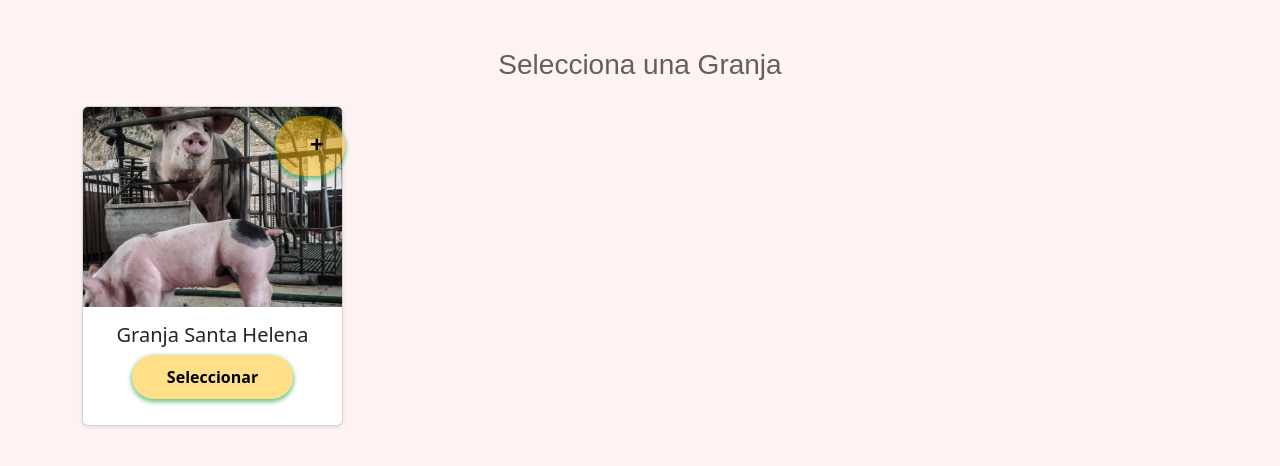
Repository: Mateojimenezz/Granja-Santa-Helena
Page: seleccionarGranja.html
These files come from the project's save history. The page is drawn as it stood at one moment and after a run of saves; the edit follows.
The browser window is 1280 px wide. The pictures show the whole page.
Some web fonts or font styles are not loaded; a fallback is used.

Above is the page before, as saved 2025-05-13 11:02:46.

### seleccionarGranja.html
<!DOCTYPE html>
<html lang="es">
<head>
    <meta charset="UTF-8">
    <meta name="viewport" content="width=device-width, initial-scale=1.0">
    <title>La Granja</title>
    <link href="https://cdn.jsdelivr.net/npm/bootstrap@5.3.3/dist/css/bootstrap.min.css" rel="stylesheet" integrity="sha384-QWTKZyjpPEjISv5WaRU9OFeRpok6YctnYmDr5pNlyT2bRjXh0JMhjY6hW+ALEwIH" crossorigin="anonymous">

    <link rel="stylesheet" href="./assets/css/seleccionarGranja.css">
    <link rel="stylesheet" href="https://cdn.jsdelivr.net/npm/bootstrap-icons@1.11.3/font/bootstrap-icons.min.css">
    <link href="https://fonts.googleapis.com/css2?family=Calistoga&display=swap" rel="stylesheet">

  </head>
<body>
    <div class="container mt-5">
        <h3 class="text-center mb-4">Selecciona una Granja</h3>

        <div class="row g-4" id="granjas-list">
            <!-- Primera granja fija -->
            <div class="col-md-3 " id="granjas-container">
                   <a href="agregarGranja.html" id="agregar-granja" class="btn btn-form"> + </a>
                <div class="card shadow-sm">
                    <img src="./assets/img/granja2.jpg" class="card-img-top" alt="Santa Helena">
                    <div class="card-body text-center">
                        <h5 class="card-title">Granja Santa Helena</h5>
                        <button class="btn btn-form" onclick="seleccionarGranja('Santa Helena')">Seleccionar</button>
                    </div>
                </div>
            </div>

            <!-- Aquí se agregarán las granjas dinámicamente -->
        </div>

        <!-- Botón para ir a la página de agregar nueva granja -->
        <div class="text-center mt-4">

        </div>
    </div>






  <!-- bootstrap JS -->
  <script src="https://cdn.jsdelivr.net/npm/bootstrap@5.3.3/dist/js/bootstrap.bundle.min.js" integrity="sha384-YvpcrYf0tY3lHB60NNkmXc5s9fDVZLESaAA55NDzOxhy9GkcIdslK1eN7N6jIeHz" crossorigin="anonymous"></script>
  <script src="./assets/js/seleccionarGranja.js"></script>




</body>

</html>

### assets/css/seleccionarGranja.css

@import "./variables.css";
body{
    background-color: var( --color-FondoDiv2);
}
.container h3 {
    text-align: center;
    margin-bottom: 20px;
    color: var(--color-TextoMenuLateral);
    font-family: var(--font-principal);
}
.granja-card {
    width: 150px;
    margin: 10px;
    padding: 10px;
    border: 1px solid #ccc;
    border-radius: 8px;
    text-align: center;
    box-shadow: 2px 2px 10px rgba(0,0,0,0.2);
}



.granja-card button {
    margin-top: 10px;
    background-color: #007bff;
    color: white;
    border: none;
    padding: 5px 10px;
    cursor: pointer;
    border-radius: 5px;
}
.card-img-top {
    width: 100%;
    height: 200px; /* Ajusta según el diseño */
    object-fit: cover; /* Recorta la imagen para que se ajuste sin deformarse */

}
.btn-form{
    background-color: var(  --color-Botones);
    padding: 10px 35px;
    margin-bottom: 10px;
    border: none;
    border-radius: 30px;
    color: black;
    font-weight: bold;
    box-shadow: 0 2px 4px 1px  rgba(25, 157, 60, 0.6) /* Sombra verde */

  }
  .btn-form:hover {
    background-color: #f4cf50; /* Tonalidad más oscura */
    color: black;
  }
  .btn-form:active {
    background-color:var(--color-principal)!important;
    color: white !important;
    box-shadow: none !important;
  }

#granjas-container {
    display: flex;
    flex-wrap: wrap; /* Permite que las tarjetas se acomoden en varias filas */
    justify-content: flex-start; /* Las tarjetas se alinean desde la izquierda */
    align-items: flex-start; /* Mantiene el alineado superior */
    position: relative;
    gap: 15px; /* Espaciado entre tarjetas */
}

/* 🔥 Ubicación fija del botón + en la esquina superior derecha */
#agregar-granja {
    position: absolute;
    top: 10px;
    right: 10px;
    z-index: 10; /* Asegura que el botón esté visible */
    width: 60px;
    height: 60px;
    font-size: 24px;
    text-align: center;
}

/* 🌟 Asegurar que las tarjetas tengan un tamaño uniforme */
.granja-card {
    flex: 1 1 auto; /* Permite que las tarjetas crezcan y se acomoden automáticamente */
}

### assets/js/seleccionarGranja.js
// ✅ Mostrar vista previa de imagen antes de guardarla
document.getElementById("imagen")?.addEventListener("change", function(event) {
    const file = event.target.files[0];
    const reader = new FileReader();

    reader.onload = function() {
        document.getElementById("preview").src = reader.result;
        document.getElementById("preview").style.display = "block";
    };

    if (file) {
        reader.readAsDataURL(file);
    }
});

// ✅ Guardar nueva granja y redirigir a `seleccionarGranja.html`
document.getElementById("form-granja")?.addEventListener("submit", function(event) {
    event.preventDefault();

    const nombreGranja = document.getElementById("nombre").value;
    const urlImagen = document.getElementById("preview").src;

    if (nombreGranja && urlImagen) {
        let granjas = JSON.parse(localStorage.getItem("granjas")) || [];
        granjas.push({ nombre: nombreGranja, imagen: urlImagen });
        localStorage.setItem("granjas", JSON.stringify(granjas));

        alert("Granja agregada correctamente!");

        window.location.href = "seleccionarGranja.html"; // Redirigir
    }
});

// ✅ Cargar las granjas guardadas en `seleccionarGranja.html`
document.addEventListener("DOMContentLoaded", function() {
    const listaGranjas = document.getElementById("granjas-list");
    let granjas = JSON.parse(localStorage.getItem("granjas")) || [];

    if (granjas.length === 0) {
        console.warn("No hay granjas en el localStorage.");
    }

    granjas.forEach(granja => {
        const nuevaGranja = document.createElement("div");
        nuevaGranja.classList.add("col-md-3");

        nuevaGranja.innerHTML = `
            <div class="card shadow-sm">
                <img src="${granja.imagen}" class="card-img-top" alt="Imagen de ${granja.nombre}">
                <div class="card-body text-center">
                    <h5 class="card-title">${granja.nombre}</h5>
                    <button class="btn btn-form" onclick="seleccionarGranja('${granja.nombre}')">Seleccionar</button>
                </div>
            </div>
        `;

        listaGranjas.appendChild(nuevaGranja);
    });
});

function seleccionarGranja(nombre) {
    alert(`Has seleccionado la granja: ${nombre}`);
    localStorage.setItem("granjaSeleccionada", nombre);
    window.location.href = "dashboard.html"; // Redirigir a la vista de la granja
}

// ✅ Guardar la granja seleccionada y redirigir a `inicio.html`
function seleccionarGranja(nombre) {
    localStorage.setItem("granjaSeleccionada", nombre);
    window.location.href = "paginaDeInicio.html"; // Redirigir a la página principal
}

### assets/css/variables.css
/* variables.css */
:root {
    --color-principal: #1CAD48 ;
    --color-Botones: rgba(255, 187, 0, 0.47);
    --color-texto: white;
    --color-fondo: #f5f5f5;
    --font-principal: 'calistoga','arial';
    --color-fondoDiv: #F8E91C;
    --color-FondoDiv2:#FFF2F2;
    --color-Footter: #D9D9D9;
    --letra-gris: #B0B0B7;
    --color-menu-lateral:#BDEAAD;
    --color-TextoMenuLateral:#645f5f; /* Color de texto del menú lateral */
    --fondo-formularios:#FFFFFF; /* Color de fondo de los formularios */
  }

After the next 2 saves:
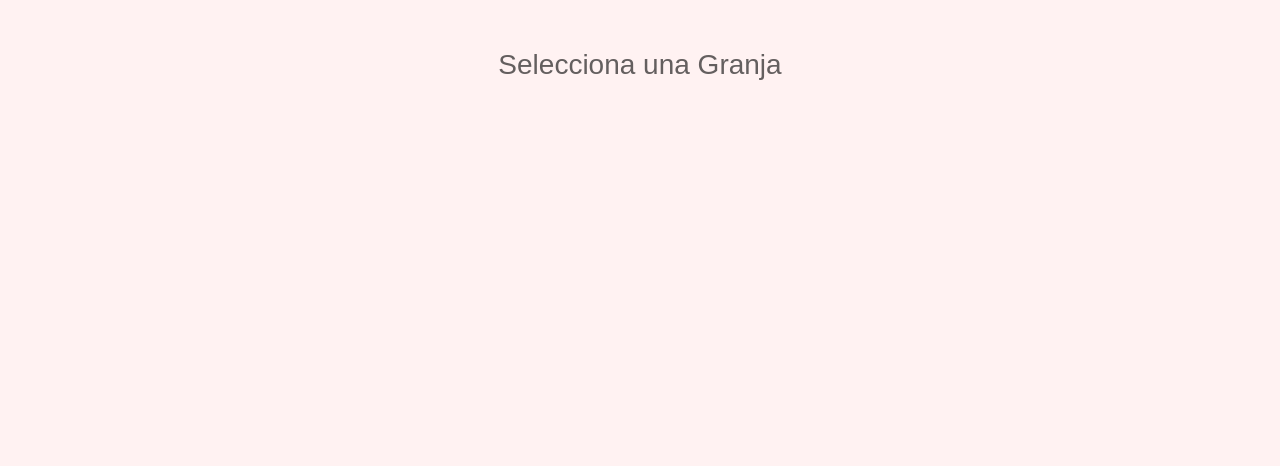
The 2 saves are shown as one change because they came seconds apart.
The last was saved 72 s later.
--- a/assets/js/seleccionarGranja.js
+++ b/assets/js/seleccionarGranja.js
@@ -31,25 +31,23 @@
     }
 });
 
-// ✅ Cargar las granjas guardadas en `seleccionarGranja.html`
 document.addEventListener("DOMContentLoaded", function() {
     const listaGranjas = document.getElementById("granjas-list");
+
     let granjas = JSON.parse(localStorage.getItem("granjas")) || [];
 
-    if (granjas.length === 0) {
-        console.warn("No hay granjas en el localStorage.");
-    }
+    listaGranjas.innerHTML = ""; // Limpiar antes de agregar nuevas granjas
 
     granjas.forEach(granja => {
         const nuevaGranja = document.createElement("div");
-        nuevaGranja.classList.add("col-md-3");
+        nuevaGranja.classList.add("col-md-3", "granja-card"); // Agregar clase para el estilo
 
         nuevaGranja.innerHTML = `
             <div class="card shadow-sm">
                 <img src="${granja.imagen}" class="card-img-top" alt="Imagen de ${granja.nombre}">
                 <div class="card-body text-center">
                     <h5 class="card-title">${granja.nombre}</h5>
-                    <button class="btn btn-form" onclick="seleccionarGranja('${granja.nombre}')">Seleccionar</button>
+                    <button class="btn btn-success" onclick="seleccionarGranja('${granja.nombre}')">Seleccionar</button>
                 </div>
             </div>
         `;

After the 2 saves that followed:
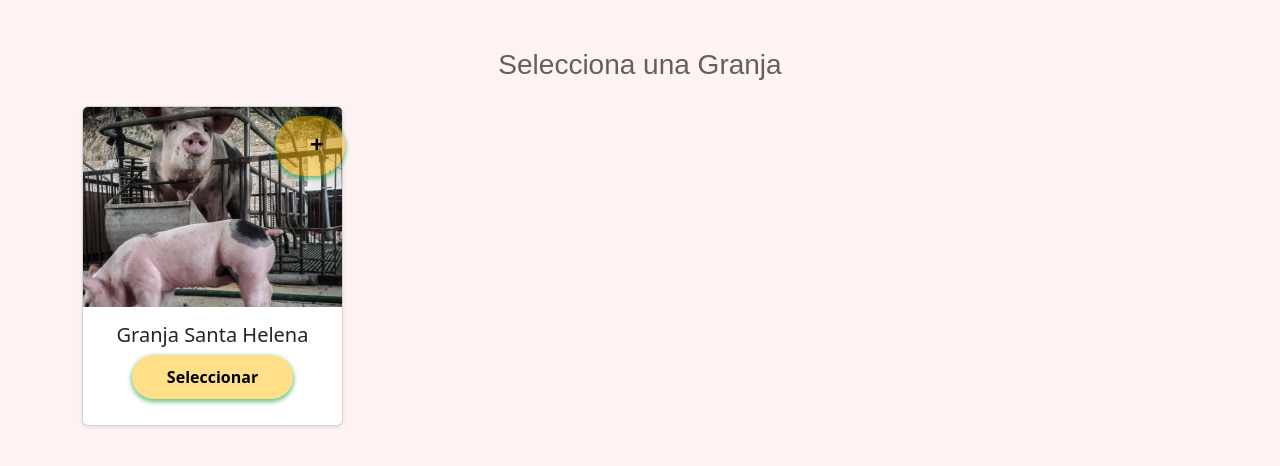
The 2 saves are shown as one change because they came seconds apart.
The last was saved 21 s later.
--- a/assets/js/seleccionarGranja.js
+++ b/assets/js/seleccionarGranja.js
@@ -31,23 +31,25 @@
     }
 });
 
+// ✅ Cargar las granjas guardadas en `seleccionarGranja.html`
 document.addEventListener("DOMContentLoaded", function() {
     const listaGranjas = document.getElementById("granjas-list");
-
     let granjas = JSON.parse(localStorage.getItem("granjas")) || [];
 
-    listaGranjas.innerHTML = ""; // Limpiar antes de agregar nuevas granjas
+    if (granjas.length === 0) {
+        console.warn("No hay granjas en el localStorage.");
+    }
 
     granjas.forEach(granja => {
         const nuevaGranja = document.createElement("div");
-        nuevaGranja.classList.add("col-md-3", "granja-card"); // Agregar clase para el estilo
+        nuevaGranja.classList.add("col-md-3");
 
         nuevaGranja.innerHTML = `
             <div class="card shadow-sm">
                 <img src="${granja.imagen}" class="card-img-top" alt="Imagen de ${granja.nombre}">
                 <div class="card-body text-center">
                     <h5 class="card-title">${granja.nombre}</h5>
-                    <button class="btn btn-success" onclick="seleccionarGranja('${granja.nombre}')">Seleccionar</button>
+                    <button class="btn btn-form" onclick="seleccionarGranja('${granja.nombre}')">Seleccionar</button>
                 </div>
             </div>
         `;
